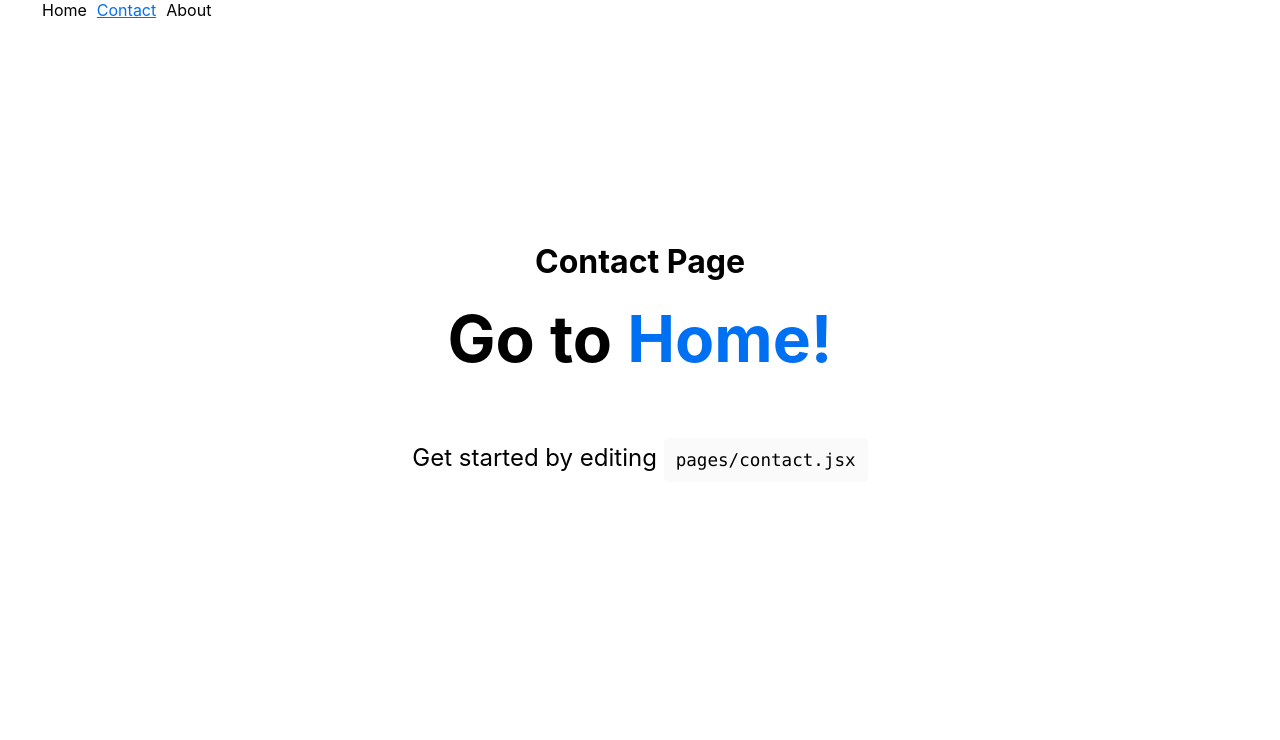
Repository: juagarc4/next-vercel-deploy
Page: /contact
An editor plug-in stored every save of this project. The page is shown before and after the next save, followed by the edit.
The browser window is 1280 px wide. The pictures show the whole page.
The project was rebuilt for these pictures with package versions that can differ from the ones it lists, and the page was loaded fresh each time. The framework's server and built-in components were replaced by stand-ins that run in the browser. Also part of the build but not shown: next.config.js.

Above is the page before, as saved 2022-04-28 21:06:22.

### pages/contact.jsx
import Head from 'next/head'
import Link from 'next/link'
import { Navbar } from '../components/Navbar'
import styles from '../styles/Home.module.css'

export default function ContactPage() {
  return (
    <div className={styles.container}>
      <Head>
        <title>Contact - Initial App</title>
        <meta name='description' content='Contact Page' />
        <link rel='icon' href='/favicon.ico' />
      </Head>
     <Navbar/>
      <main className={styles.main}>
        <h1>Contact Page</h1>
        <h1 className={styles.title}>
          Go to <Link href='/'>Home!</Link>
        </h1>


        <p className={styles.description}>
          Get started by editing <code className={styles.code}>pages/contact.jsx</code>
        </p>
      </main>
    </div>
  )
}

### components/Navbar.jsx
import styles from './Navbar.module.css'
import { ActiveLink } from './ActiveLink'

export const Navbar = () => {
  return (
    <nav className={styles.menu}>
      <ActiveLink text='Home' href='/' />
      <ActiveLink text='Contact'href='/contact' />
      <ActiveLink text='About' href='/about'/>
    </nav>
  )
}

### components/Navbar.module.css
.menu a {
  padding: 0 0 0 10px;
}

### components/ActiveLink.jsx
import { useRouter } from "next/router"
import Link from "next/link"

const style = {
  color: '#0070f3',
  textDecoration:'underline'
}

export const ActiveLink = ({text, href}) => {
  const { asPath } = useRouter()

  return (
    <Link href={href}>
      <a style={asPath === href ? style : null}>{text}</a>
    </Link>
  )
}

Loaded but not shown: pages/_app.js (common file); styles/globals.css (common file); styles/Home.module.css (common file)

After the next save:
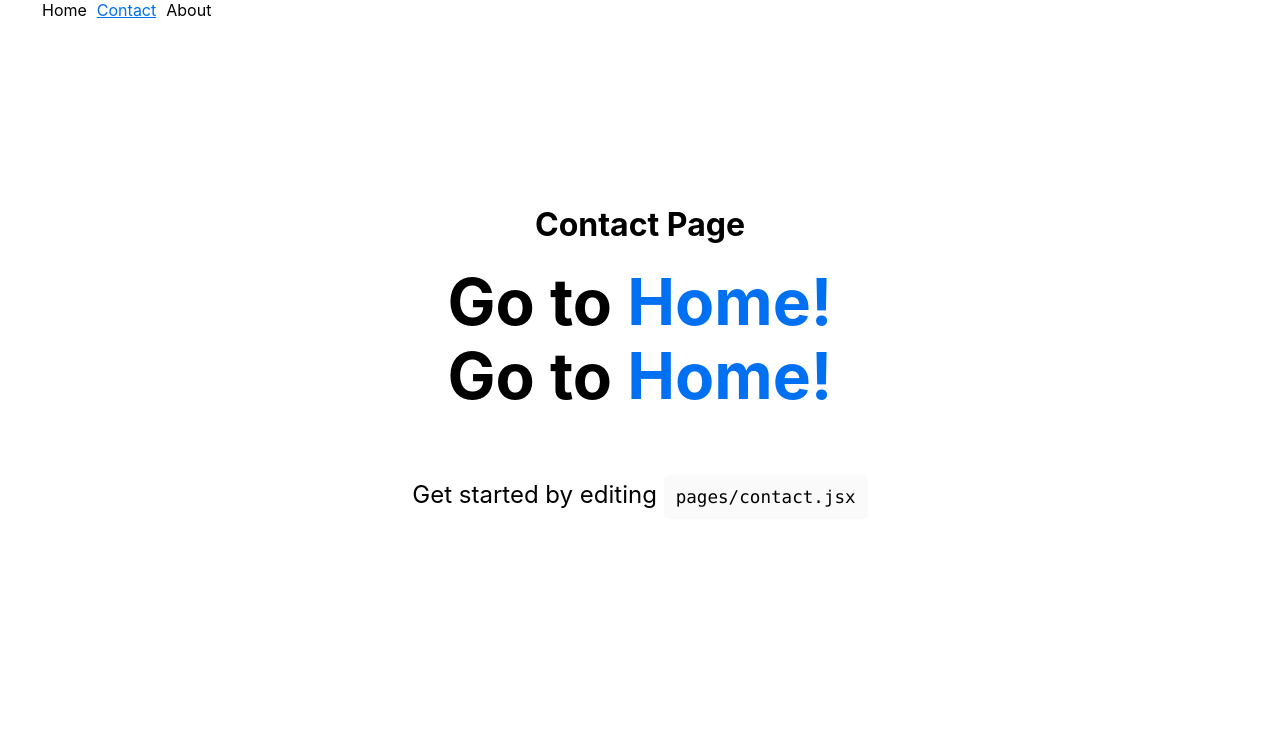
Saved 4 s later.
--- a/pages/contact.jsx
+++ b/pages/contact.jsx
@@ -17,6 +17,9 @@
         <h1 className={styles.title}>
           Go to <Link href='/'>Home!</Link>
         </h1>
+        <h1 className={styles.title}>
+          Go to <Link href='/'>Home!</Link>
+        </h1>
 
 
         <p className={styles.description}>

After the save that followed:
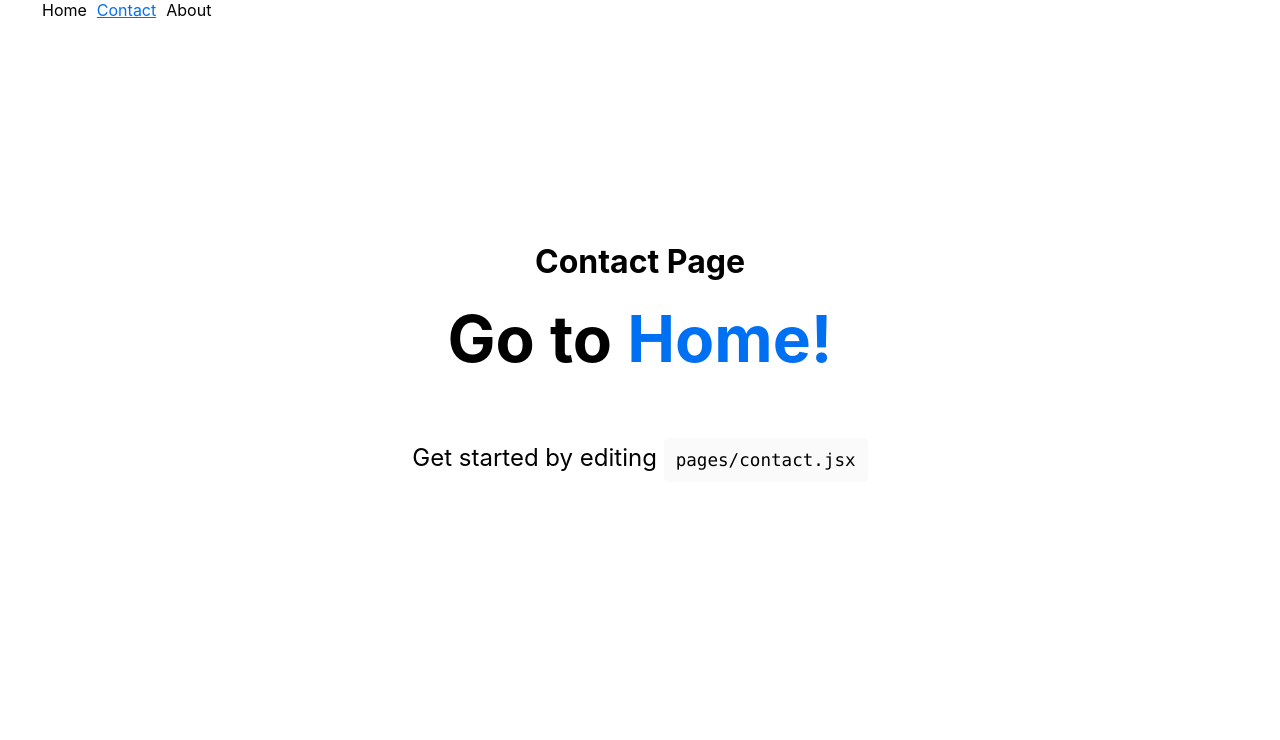
Saved 8 s later.
--- a/pages/contact.jsx
+++ b/pages/contact.jsx
@@ -17,11 +17,6 @@
         <h1 className={styles.title}>
           Go to <Link href='/'>Home!</Link>
         </h1>
-        <h1 className={styles.title}>
-          Go to <Link href='/'>Home!</Link>
-        </h1>
-
-
         <p className={styles.description}>
           Get started by editing <code className={styles.code}>pages/contact.jsx</code>
         </p>
